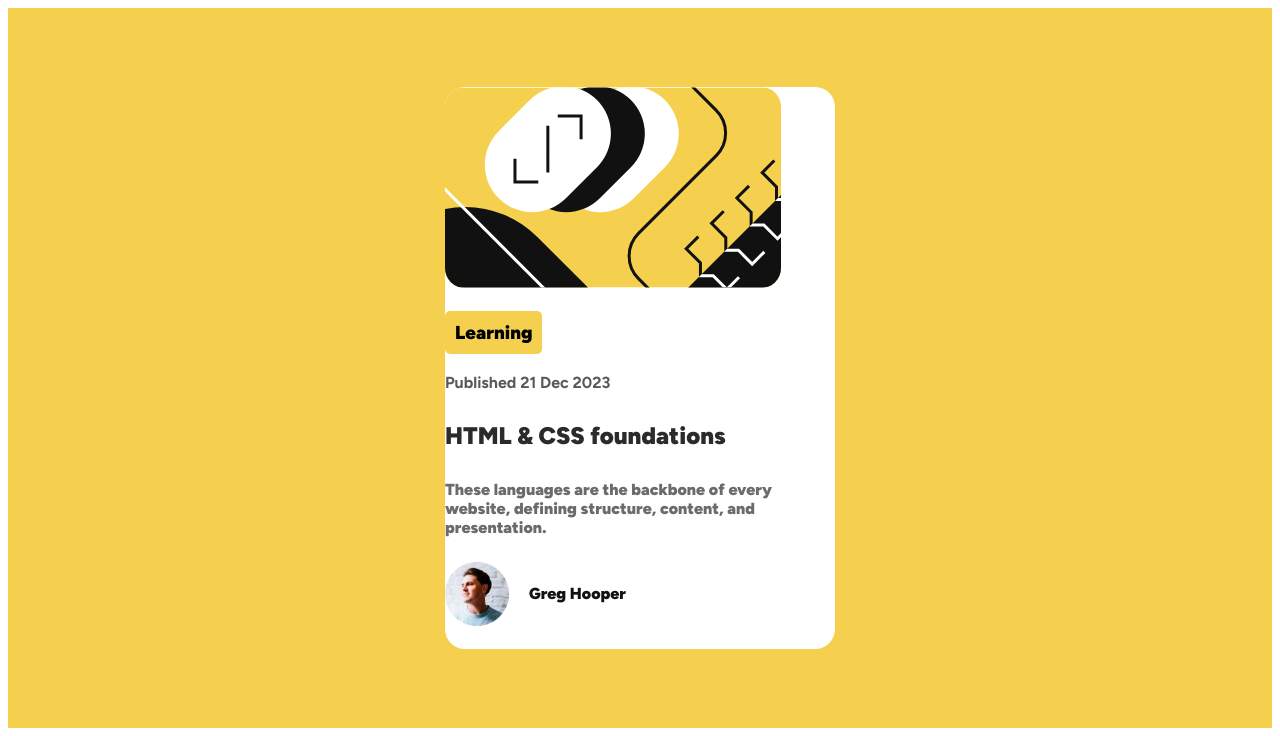
Repository: reemoon-ctrl/blog-preview-card
Page: index.html
The author's editor kept a copy of each file at every save. The page is drawn from the files as they stood at one save, then again after a run of saves.
The browser window is 1280 px wide. The pictures show the whole page.

Above is the page before, as saved 2024-07-19 15:11:33.

After the next 4 saves:
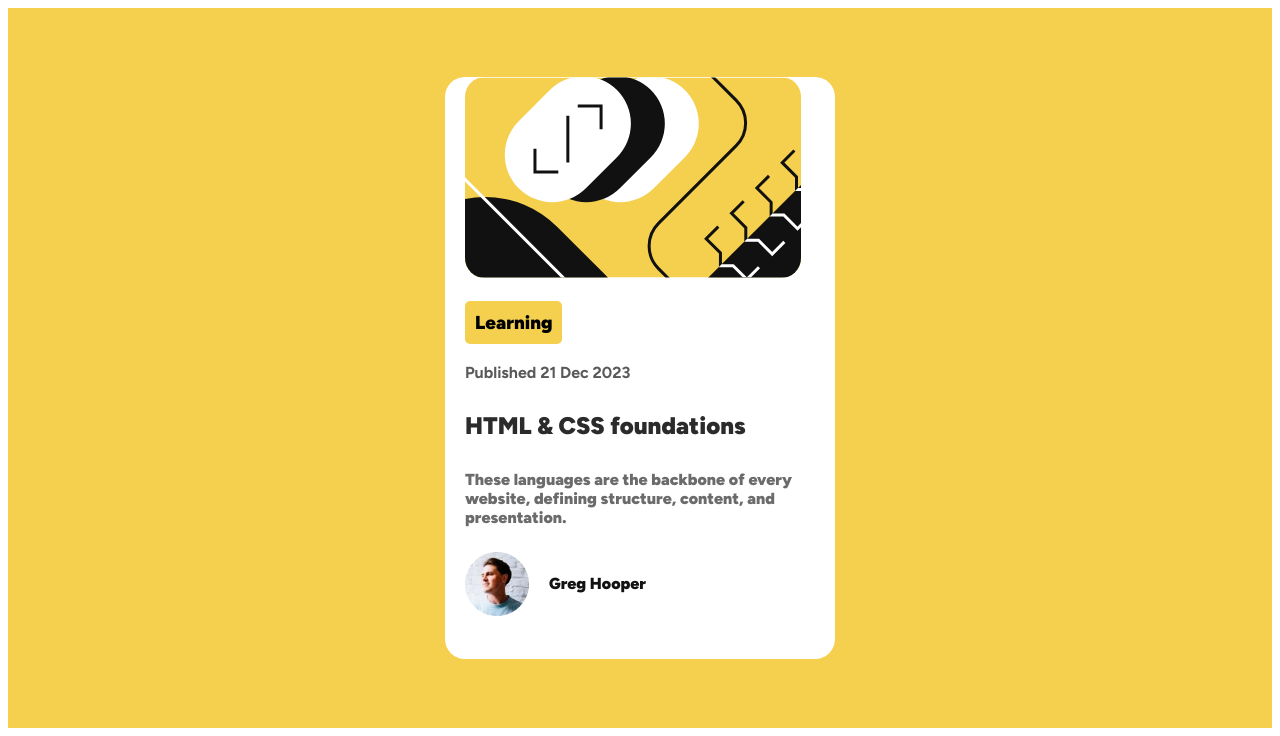
The 4 saves are shown as one change because they came seconds apart.
The last was saved 15 s later.
--- a/index.css
+++ b/index.css
@@ -10,7 +10,7 @@
 
 .blog-card{
     background-color: white;
-    padding: 0 20 20 20;
+    padding: 0px 20px 20px 20px;
     border-radius: 20px;
     flex-basis: 390px;
 }
